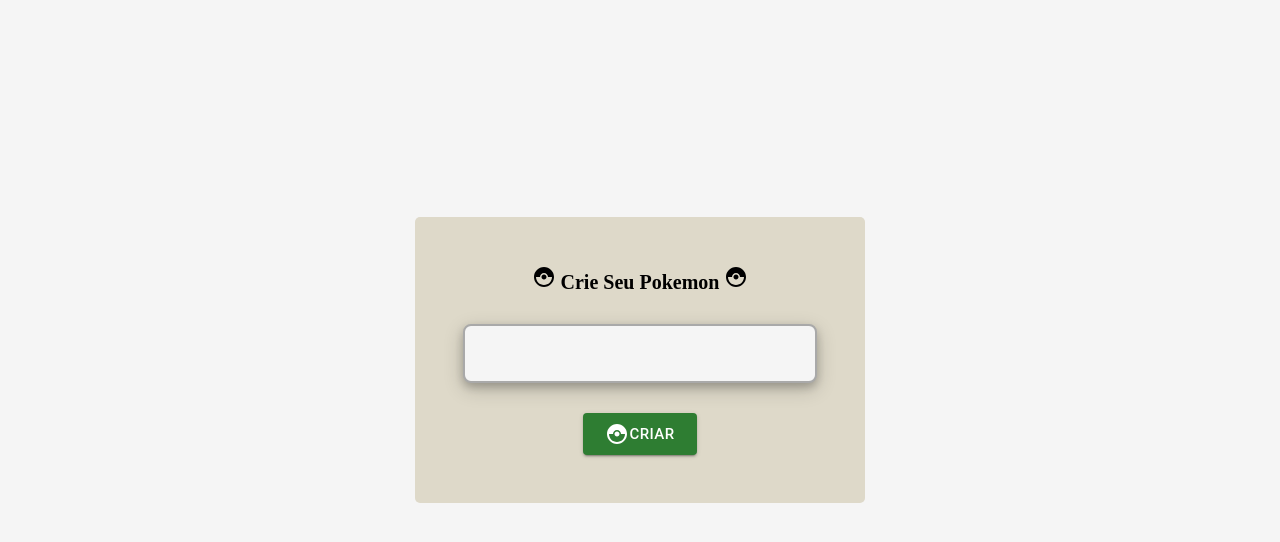
Repository: MilenaMartini/pokedex_react_js
Page: /pokedex/new
These files come from the project's save history. The page is drawn as it stood at one moment and after the next save; the edit follows.
The browser window is 1280 px wide. The pictures show the whole page.
The page's requests for data from a server got no answer. The project was rebuilt for these pictures with package versions that can differ from the ones it lists, and the page was loaded fresh each time. No one was signed in, and anything a server would have sent is missing. Also part of the build but not shown: src/pages/Login/Styles_Login.js, src/Components/Navbar/Navbar.jsx, src/Components/PokemonCard/Pk_Card.jsx, src/Components/Skeletons/Skeletons.jsx, src/pages/Pg_Pokedex/Pg_Poke.js, src/styles/styles.css, src/Components/Button/Styles_Btn_Login.js, src/Components/Button/Btn_Login.js and 1 more.

Above is the page before, as saved 2023-02-04 11:40:44.

### src/index.js
import React from 'react'
import ReactDOM from 'react-dom/client'
import GlobalStyle from './Styles/Global'
import Routering from './Components/Routes/routes'
import { RecoilRoot } from 'recoil';


const root = ReactDOM.createRoot(document.getElementById('root'));
root.render(
  <React.StrictMode>
    <RecoilRoot>
    <GlobalStyle/>
    <Routering/>
    </RecoilRoot>
  </React.StrictMode>

);

### src/styles/global.js
import { createGlobalStyle } from "styled-components";

const GlobalStyle = createGlobalStyle`

*{
  margin: 0;
  padding: 0;
  box-sizing: border-box;
}

body{
  width: 100vw;
  height: 100vh;
  background-color: #f0f2f5;//fica de olho : ou > possivel erro?
  font-family: poppins

}
`
export default GlobalStyle;

//  box-sizing: border-box; serve para não ter que se preocupa com height e widht, independente do padding ou margin.

### src/Components/Routes/routes.js
import React from "react";
import Login from "../../pages/Login/Pg_Login"
import Poke from "../../pages/Pg_Pokedex/Pg_Poke"
import NewPk from "../../pages/edit_pk/Novo_Pokemon"

import { BrowserRouter as Router, Routes, Route } from "react-router-dom"

const Routering = () => {
  return (
    <Router>
      <Routes>
        <Route path="/" element={<Login/>} />
        <Route path="/pokedex" element={<Poke/>} />
        <Route path="/pokedex/new" element={<NewPk/>} />
        {/* <Route path="/pokedex/:id" element={<NewPk/>} /> */}
      </Routes>
    </Router>
   );
}

export default Routering ;

### src/pages/edit_pk/Novo_Pokemon.js
import {Container,Form} from '../edit_pk/Novo_PkStyles'
import Input from '../../Components/Input/Input'
import { useParams } from 'react-router-dom'
import { useState, useEffect } from 'react'
import Button from '@mui/material/Button';
import CatchingPk from '@mui/icons-material/CatchingPokemon';
function Novo_Pokemon() {
    const {id} = useParams()

     const pk = async (event) => {
      try {
         window.close('pokedex/new', '_self')
         }
       catch(err){
         alert('Algo deu errado :c' + err)
       }
      }

    const [newPk, setNewPk] = useState([])

    useEffect(() => {
      fetch('http://localhost:3000/pokedex/new', {
        method: 'GET',
        headers: {
          'Content-Type': 'application/json',
        },
      }).then(resp => resp.json())
      .then((data) => {
        setNewPk(data)
      })
      .catch(err => console.log)
    }, [id])

  return(
    <Container>
      <Form>

        <h1><CatchingPk/> Crie Seu Pokemon <CatchingPk/> </h1>
        <Input
          name='Nome'
         placeholder='Digite o nome do Pokemon'
         //  componente personalizado
        />
       <Button size="large"  variant="contained" color="success" onClick={pk}>
       <CatchingPk /> Criar</Button>
       </Form>
    </Container>
)}

export default Novo_Pokemon

### src/Components/Input/Input.js
import React from 'react'
import { InputCustomzado } from './Styles_Input'


const Input = () => {
  return (
    <InputCustomzado/>
  );
}

export default Input;

### src/pages/edit_pk/Novo_PkStyles.js
import styled from 'styled-components'

export const Container = styled.div`
  display: flex;
  justify-content: center;
  align-items: center;
  height: 100vh;
  min-width: 100vw;
  background-color: whitesmoke
`

export const Form = styled.form`
  display: flex;
  padding: 3rem;
  flex-direction: column;
  align-items: center;
  justify-content: center;
  background-color: #ded9c9;
  border-radius: 5px;
  width: 100%;
  max-width: 450px;
  gap: 30px 0px;
  h1 {
    color: black;
    font-size: 20px;
    font-weight: light;
  }
  p {
    color: white;
    font-size: 16px;
    font-weight: bold;
  }
  a {
    color: white;
    font-size: 14px;
  }
`

export const SubContainerSign = styled.div`
  display: flex;
  flex-direction: row;
  gap: 0px 20px;
  align-items: center;
`

### src/Components/Input/Styles_Input.js
import styled from 'styled-components'


export const InputCustomzado = styled.input`
  color: black;
  font-size: 20px;
  background-color: whitesmoke;
  border: 2px solid darkgray;
  border-radius: 8px;
  box-shadow: 0 4px 8px 0 rgba(0, 0, 0, 0.2), 0 6px 20px 0 rgba(0, 0, 0, 0.19);
  padding: 16px 20px;
  width: 100%;

    input::placehalder {
      color: #FFF;
      font-size: 12px;
      opacity: 0.7;
    }
`

Loaded but not shown: public/index.html (common file)

After the next save:
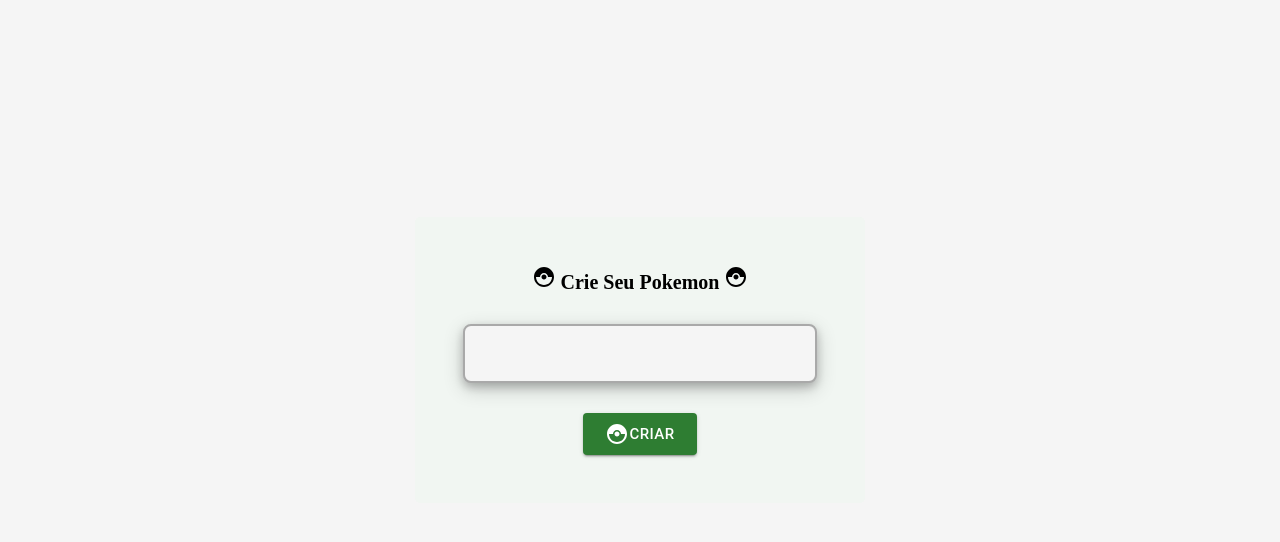
Saved 60 s later.
--- a/src/pages/edit_pk/Novo_PkStyles.js
+++ b/src/pages/edit_pk/Novo_PkStyles.js
@@ -15,7 +15,7 @@
   flex-direction: column;
   align-items: center;
   justify-content: center;
-  background-color: #ded9c9;
+  background-color: #f1f6f2;
   border-radius: 5px;
   width: 100%;
   max-width: 450px;
